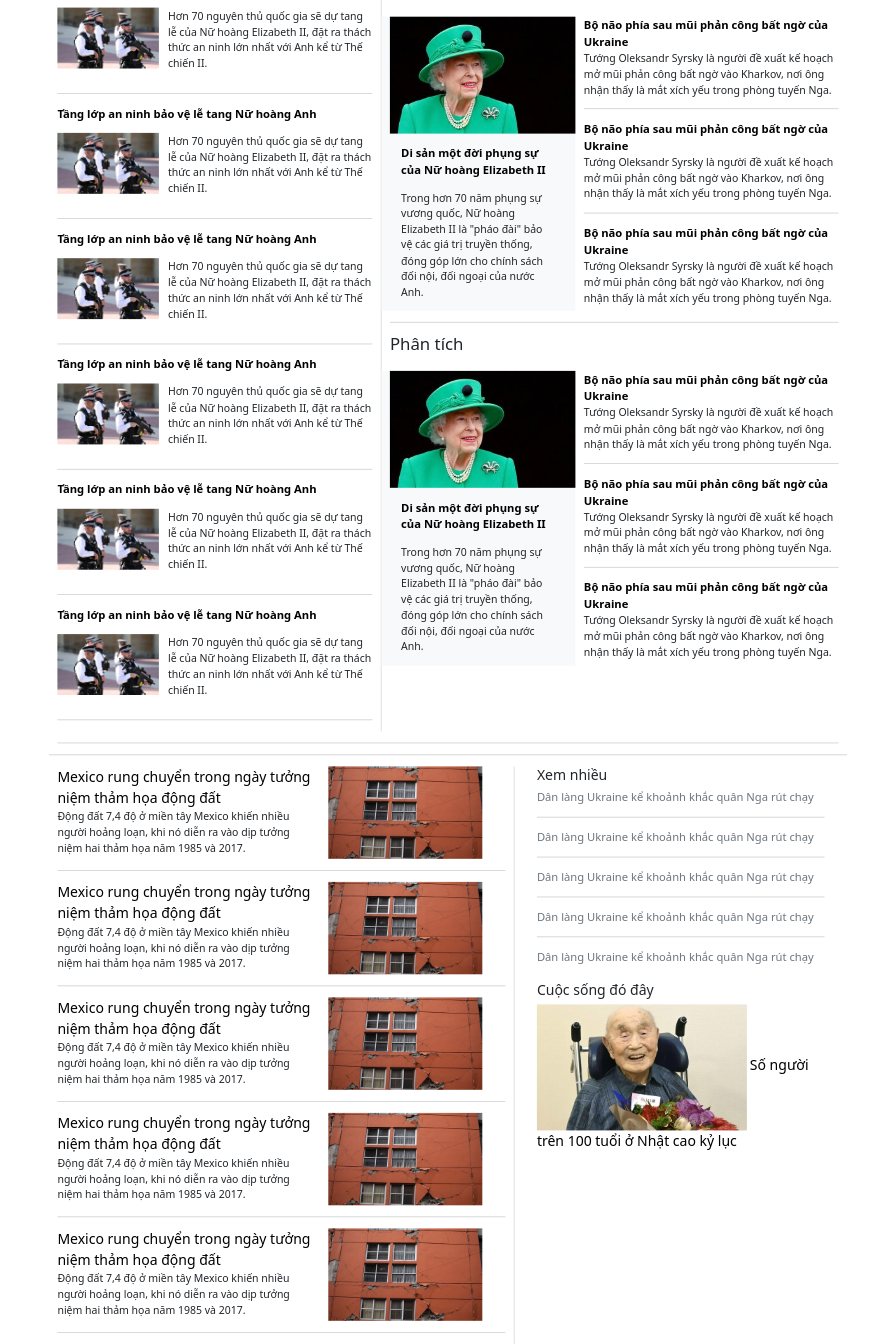
Repository: trongtamdev/lession1_html_sleepcloud
Page: vnExpress.html
These files come from the project's save history. The page is drawn as it stood at one moment and after the next save; the edit follows.
The browser window is 1280 px wide. The pictures show the part of the page from y = 707 to 2627 px (the page is 2627 px tall), at 70% of full size.

Above is the page before, as saved 2022-09-20 15:36:33.

After the next save:
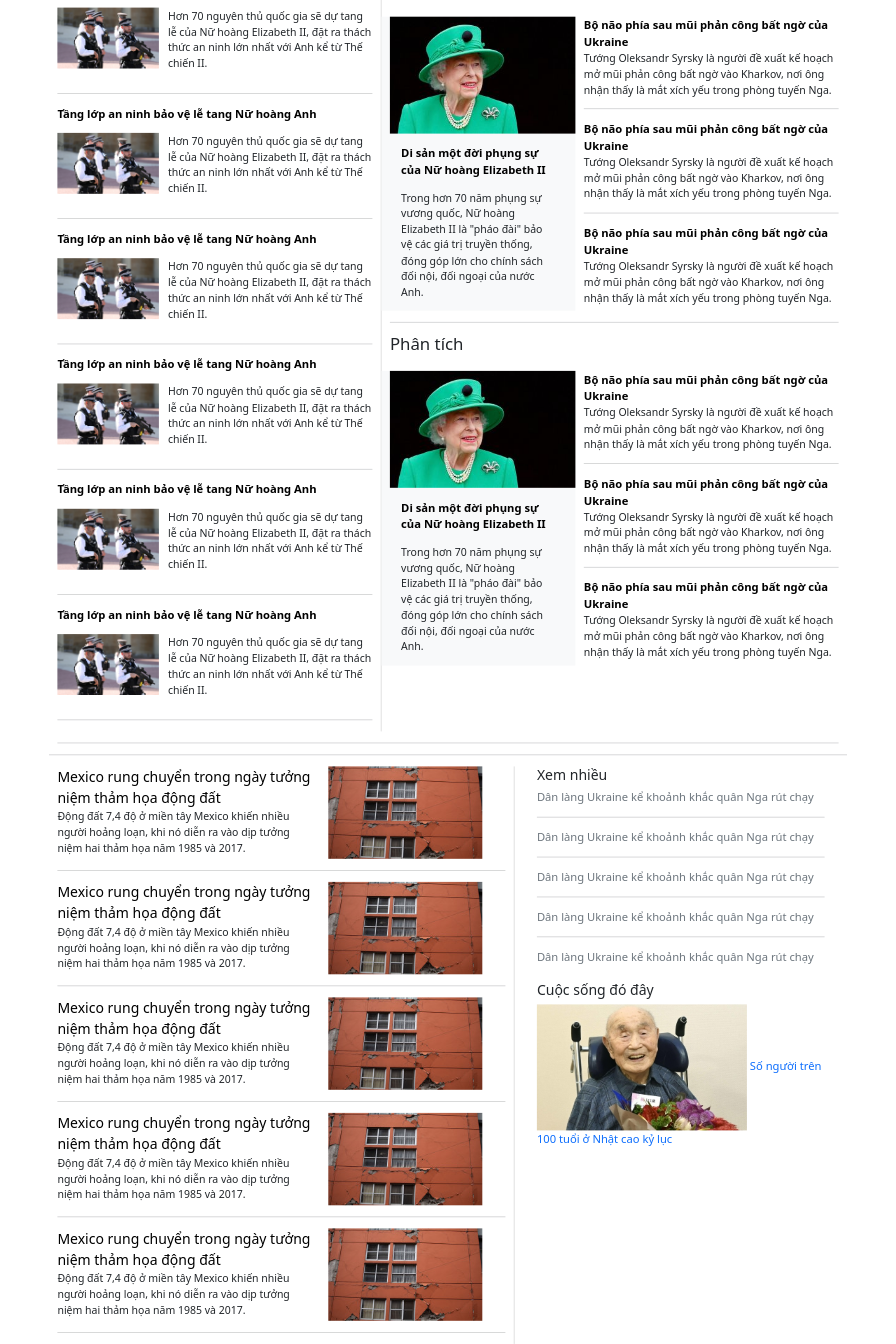
Saved 9 s later.
--- a/vnExpress.html
+++ b/vnExpress.html
@@ -497,7 +497,7 @@
               <h5>Cuộc sống đó đây</h5>
               <div class="">
                 <img src="./assets/vnEpressImage/side-content-medium.jpg" />
-                <a class="title-content">Số người trên 100 tuổi ở Nhật cao kỷ lục</a>
+                <a class="">Số người trên 100 tuổi ở Nhật cao kỷ lục</a>
               </div>
             </div>
           </div>
